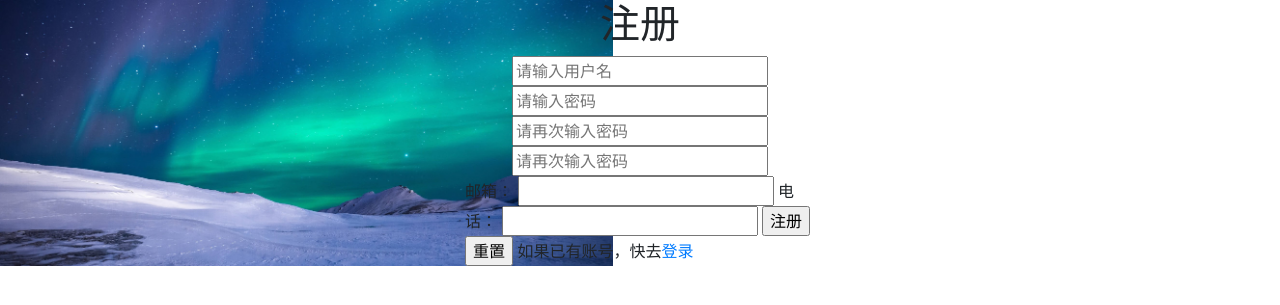
Repository: DHUAVH/Blog
Page: http://localhost/register.php
These files come from the project's save history. The page is drawn as it stood at one moment and after the next save; the edit follows.
The browser window is 1280 px wide. The pictures show the whole page.
Some web libraries are served in a nearby version. The page is run by PHP 8.4 with error messages shown; the project is at /var/www/html/.

Above is the page before, as saved 2020-11-29 18:11:01.

### register.php
<!DOCTYPE html>
<html lang="en">
<head>
    <meta charset="UTF-8">
    <meta name="viewport" content="width=device-width, initial-scale=1.0">
    <link rel="stylesheet" type="text/css" href="CSS\blog.css">
    <link rel="stylesheet" href="https://cdn.staticfile.org/twitter-bootstrap/4.3.1/css/bootstrap.min.css">
    <script src="https://cdn.staticfile.org/jquery/3.2.1/jquery.min.js"></script>
    <script src="https://cdn.staticfile.org/popper.js/1.15.0/umd/popper.min.js"></script>
    <script src="https://cdn.staticfile.org/twitter-bootstrap/4.3.1/js/bootstrap.min.js"></script>

    <title>注册界面</title>
</head>
<body class="background">
    <div class="container">
        <h1 class="text-center">注册</h1>
        <div class="row">
            <div class="col-sm-4 offset-sm-4">
                <form action="registerAction.php" method="POST">
                    <div class="text-center">
                        <input type="text" name="username" placeholder="请输入用户名" required>
                    </div>

                    <div class="text-center">
                        <input type="password" name="password" placeholder="请输入密码" required>
                    </div>

                    <div class="text-center">
                        <input type="password" name="re_password" placeholder="请再次输入密码"  required>
                    </div>

                    <div class="text-center">
                        <input type="email" name="email" placeholder="请再次输入密码"  required>
                    </div>



                            <td>邮箱：</td> <td><input type="email" name="email" required></td>


                        <tr>
                            <td>电话：</td> <td><input type="text" name="phone" required></td>
                        </tr>

                        <tr>
                            <td colspan="2" class="text-center" style="color:red;font-size:10px;">
                            <?php
                            $err=isset($_GET["err"]) ? $_GET["err"] : "";
                            switch($err){
                                case 1:
                                    echo "<div class='alert alert-waring alert-dismissible fade show' role='alert'>";
                                    echo "<strong>警告!用户名已存在！</strong>";
                                    echo "<button type=button' class='close' data-dismiss='alert' aria-label='Close'>";
                                    echo "<span aria-hidden='true'>&times;</span>";
                                    echo "</button>";
                                break;

                                case 2:
                                    echo "<div class='alert alert-danger alert-dismissible fade show' role='alert'>";
                                    echo "<strong>错误!密码与重复密码不一致!</strong>";
                                    echo "<button type=button' class='close' data-dismiss='alert' aria-label='Close'>";
                                    echo "<span aria-hidden='true'>&times;</span>";
                                    echo "</button>";
                                break;
                            }
                            ?>
                            </td>
                        </tr>

                        <tr>
                            <td colspan="2" class="text-center">
                                <input type="submit" id="register" name="register" value="注册">
                                <input type="reset" id="reset" name="reset" value="重置">
                            </td>
                        </tr>

                        <tr>
                            <td colspan="2" class="text-center">如果已有账号，快去<a href="login.php">登录</a></td>
                        </tr>
                    </table>
                </form>
            </div>
        </div>
    </div>

</body>
</html>

### CSS/blog.css
.background{
    background:url(../images/bg.jpg);
    background-size:contain;
    background-repeat: no-repeat;
}

.login_input{
    border-radius: 5px;
    position: relative;
    width: 200px;
    height: 40px;
 }

 .captcha_input{
    border-radius: 5px;
    position: relative;
    left: 5px;
    width: 100px;
    height: 38px;
 }

 .submit{
    border-radius: 5px;
 }

 .reset{
    border-radius: 5px;
    left: 5px;
 }

.search{
    border-radius: 10px;
    position: relative;
    top: 2px;
    width: 200px;
    height: 35px;
 }

 #result{
    position: absolute;
    top: 58px;
    left: 70px;
    z-index: 999;
    width: 300px;
    height: auto;
    background-color: white;
    border-radius: 5px;
 }

After the next save:
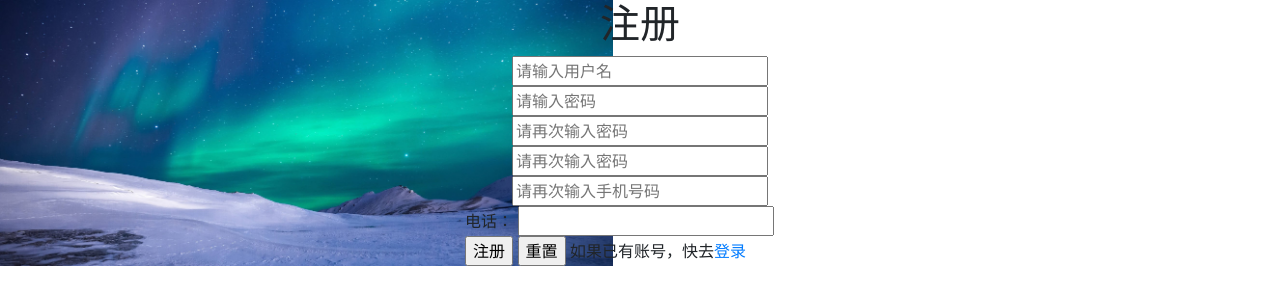
Saved 29 s later.
--- a/register.php
+++ b/register.php
@@ -33,9 +33,10 @@
                         <input type="email" name="email" placeholder="请再次输入密码"  required>
                     </div>
 
+                    <div class="text-center">
+                        <input type="text" name="phone" placeholder="请再次输入手机号码"  required>
+                    </div>
 
-
-                            <td>邮箱：</td> <td><input type="email" name="email" required></td>
 
 
                         <tr>
